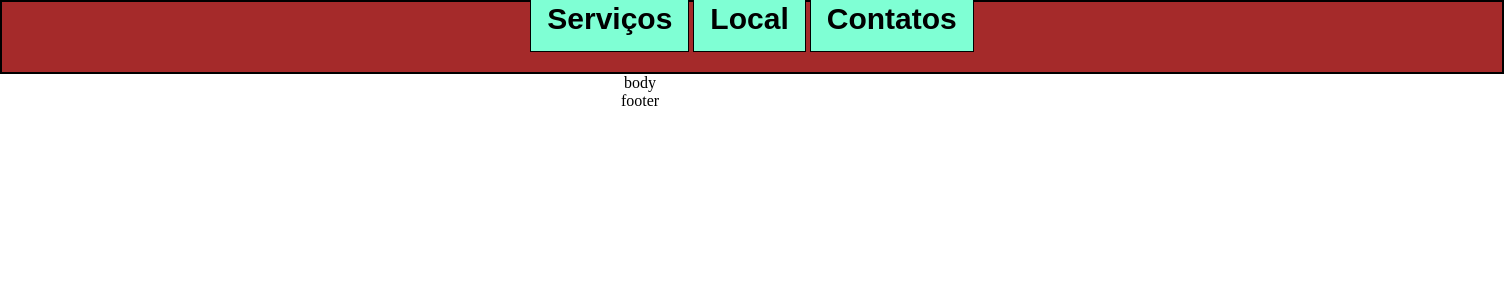
Repository: marllon-hetzler/Site-Salvatore-Barbearia
Page: home.html
An editor plug-in stored every save of this project. The page is shown before and after the next save, followed by the edit.
The browser window is 1280 px wide. The page is 1504 px wide, so the pictures cover 1504 px, including what lies to the right of the window. The pictures show the whole page.

Above is the page before, as saved 2023-02-18 14:13:40.

After the next save:
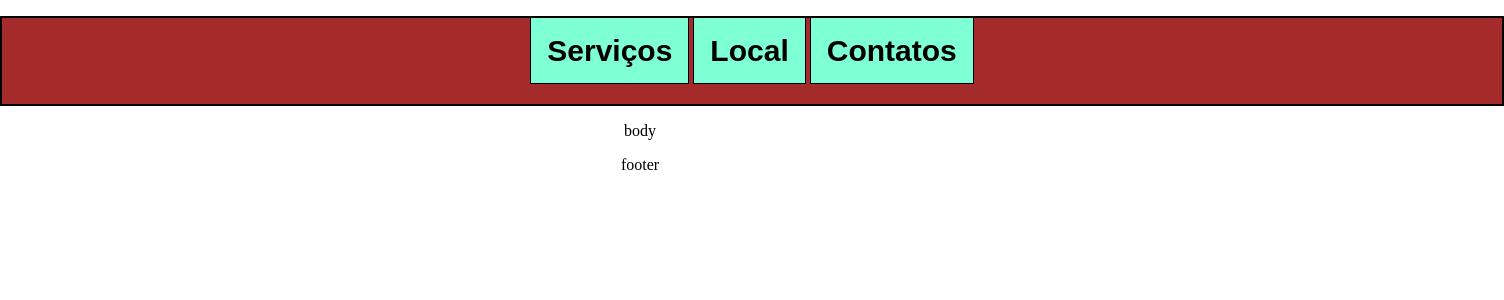
Saved 18 s later.
--- a/home.html
+++ b/home.html
@@ -11,7 +11,7 @@
 <style>
     *{
         margin: 0;
-        padding: 0;
+        padding-top: 1rem;
     }
     header{
         width: 1500px;

After the save that followed:
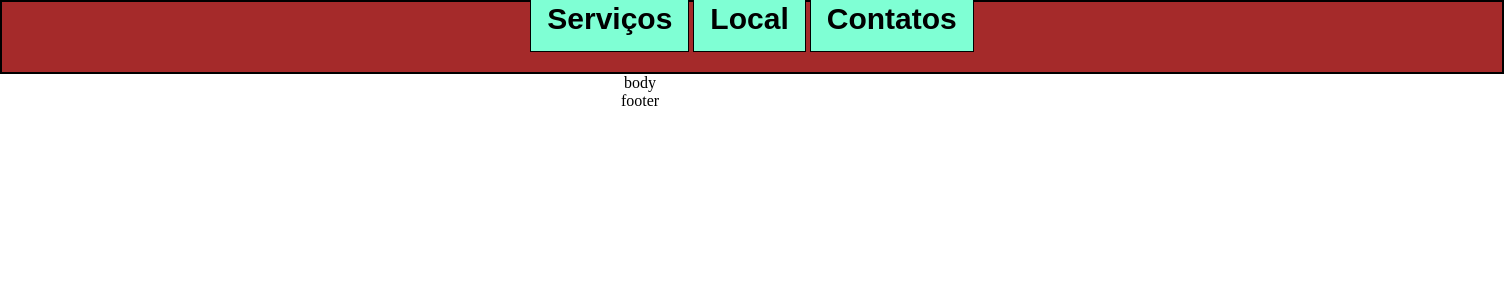
Saved 11 s later.
--- a/home.html
+++ b/home.html
@@ -11,7 +11,7 @@
 <style>
     *{
         margin: 0;
-        padding-top: 1rem;
+        padding: 0;
     }
     header{
         width: 1500px;
